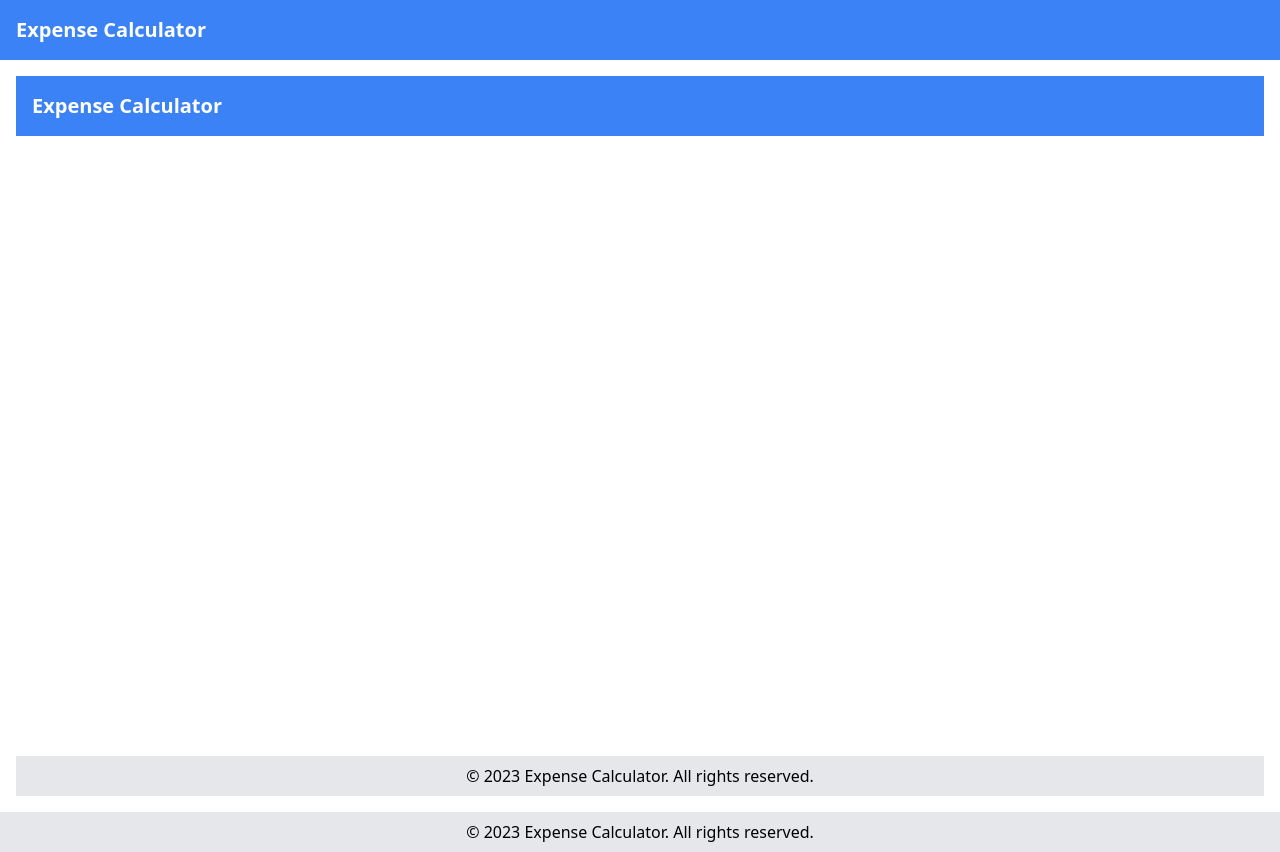
Repository: musabismael/expense-calculator-web
Page: /layout
An editor plug-in stored every save of this project. The page is shown before and after the next save, followed by the edit.
The browser window is 1280 px wide. The pictures show the whole page.
The project was rebuilt for these pictures with package versions that can differ from the ones it lists, and the page was loaded fresh each time. The framework's server and built-in components were replaced by stand-ins that run in the browser. Also part of the build but not shown: next.config.js.

Above is the page before, as saved 2023-08-22 21:25:04.

After the next save:
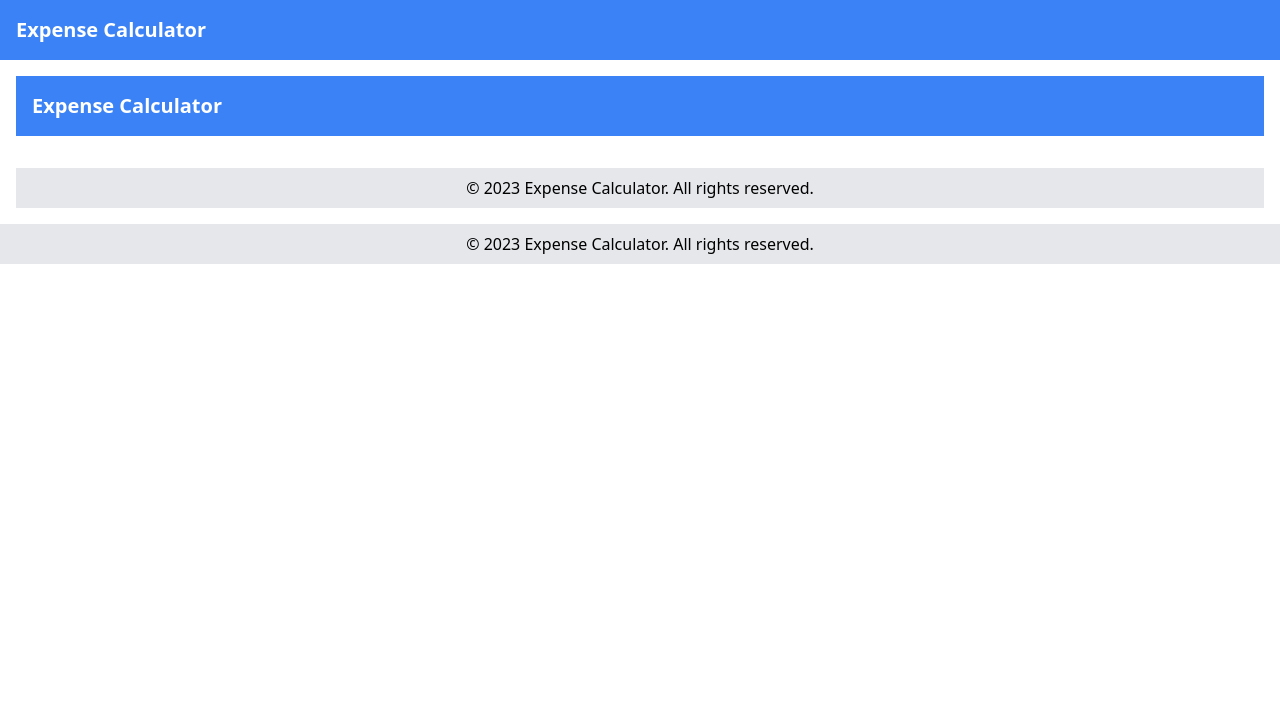
Saved 7 min 33 s later.
--- a/src/pages/layout.jsx
+++ b/src/pages/layout.jsx
@@ -2,7 +2,7 @@ import React from 'react';
 
 const pageLayout = ({ children }) => {
   return (
-    <div className="flex flex-col min-h-screen">
+    <div className="flex flex-col max-h-screen">
       <header className="bg-blue-500 text-white p-4">
         <h1 className="text-xl font-semibold">Expense Calculator</h1>
       </header>
